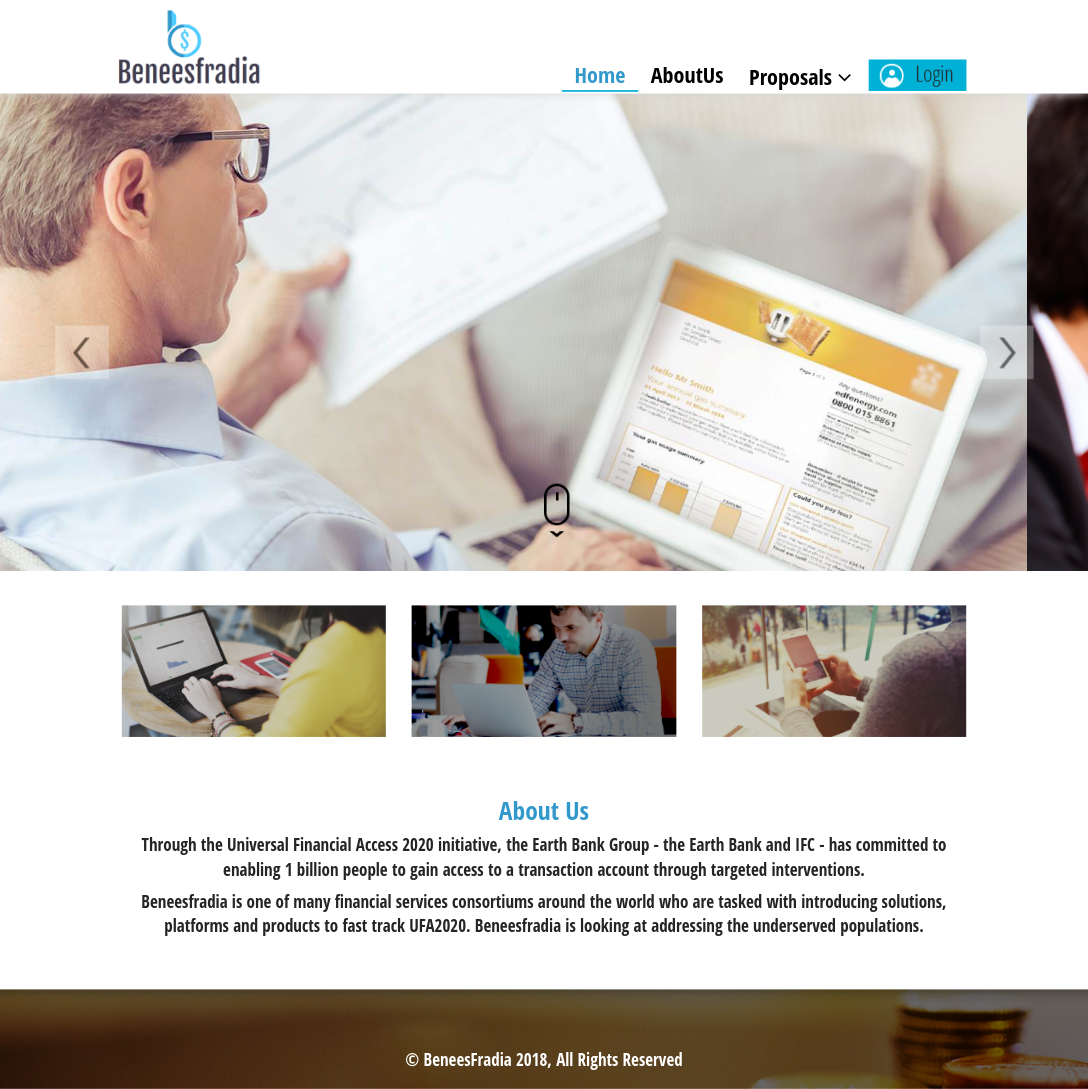
Repository: intkhabahmed/AcceleratedBootcampWebsites
Page: http://localhost/BeneesFradia/UI/index.jsp
These files come from the project's save history. The page is drawn as it stood at one moment and after the next save; the edit follows.
The browser window is 1280 px wide. The pictures show the whole page, at 85% of full size.
Some web fonts or font styles are not loaded; a fallback is used. The page is served by Tomcat 9. Nobody is signed in. The application's start-up code is not run.

Above is the page before, as saved 2018-01-31 05:36:01.

After the next save:
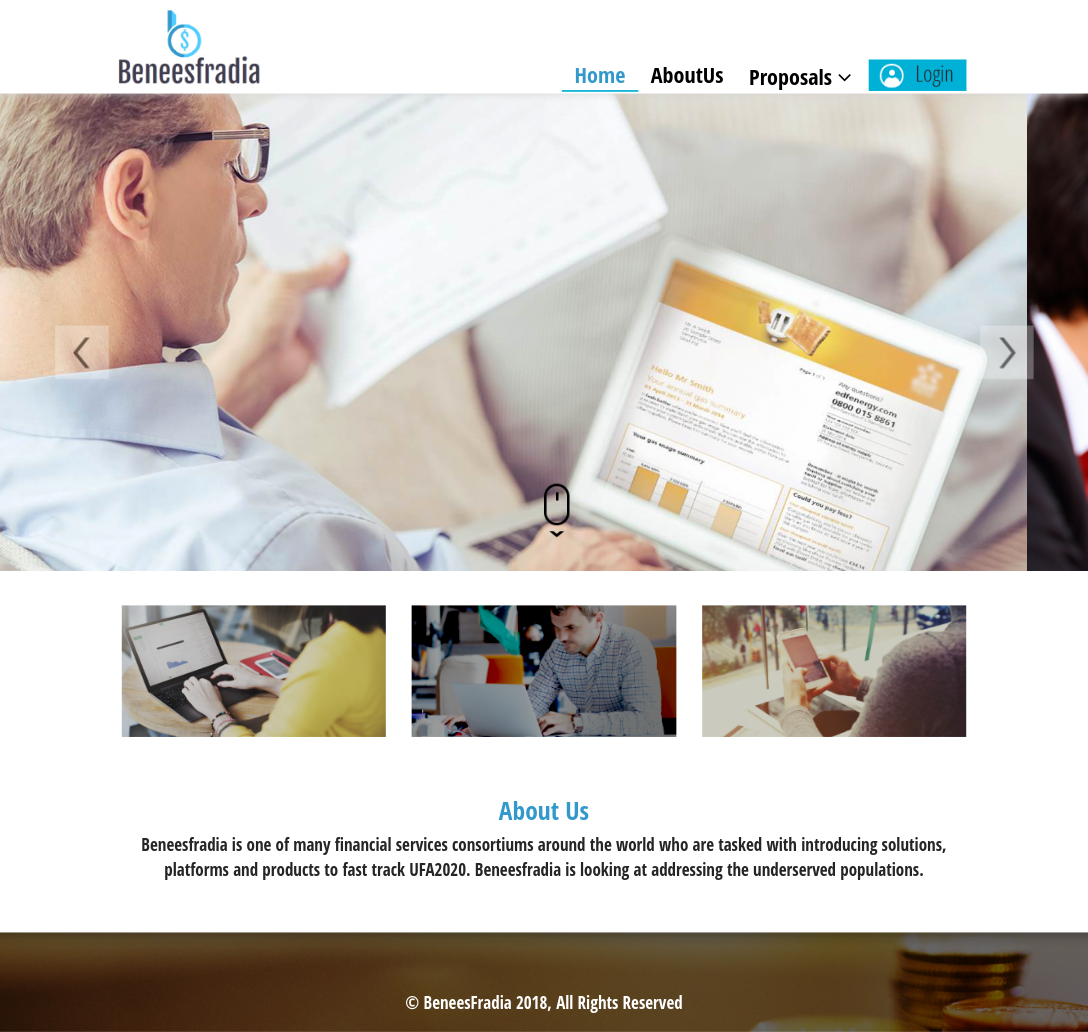
Saved 60 min 31 s later.
--- a/BeneesFradia/WebContent/UI/index.jsp
+++ b/BeneesFradia/WebContent/UI/index.jsp
@@ -77,10 +77,6 @@
 		<div class="row">
 			<div id="aboutus">
 				<h2 align="center">About Us</h2>
-				<p align="center">Through the Universal Financial Access 2020
-					initiative, the Earth Bank Group - the Earth Bank and IFC - has
-					committed to enabling 1 billion people to gain access to a
-					transaction account through targeted interventions.</p>
 				<p align="center">Beneesfradia is one of many financial services
 					consortiums around the world who are tasked with introducing
 					solutions, platforms and products to fast track UFA2020.
